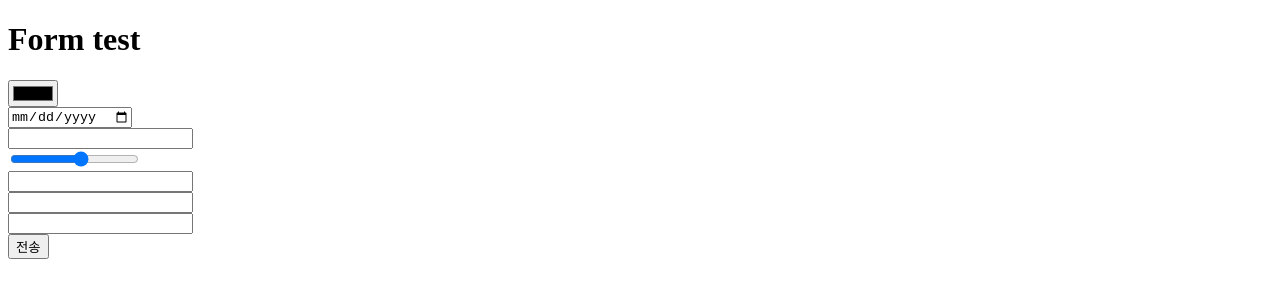
Repository: hyungju2/SSAFY_JavaPractice
Page: 20190211_HTML/web_java/HTMLProject/WebContent/html/Formtest2.html
The author's editor kept a copy of each file at every save. The page is drawn from the files as they stood at one save, then again after the next save.
The browser window is 1280 px wide. The pictures show the whole page.

Above is the page before, as saved 2019-02-11 06:25:51.

After the next save:
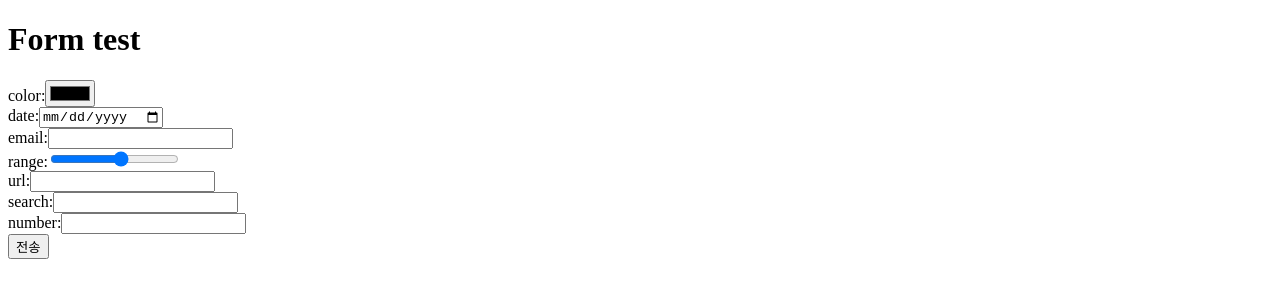
Saved 2 min 1 s later.
--- a/20190211_HTML/web_java/HTMLProject/WebContent/html/Formtest2.html
+++ b/20190211_HTML/web_java/HTMLProject/WebContent/html/Formtest2.html
@@ -7,13 +7,13 @@
 <body>
 <h1>Form test</h1>
 <form method = "post" action="welcome.jsp">
-	<input type="color"><br>
-	<input type="date"><br>
-	<input type="email"><br>
-	<input type="range" min="1" max="10" step="1"><br>
-	<input type="url"><br>
-	<input type="search"><br>
-	<input type="number"><br>
+	color:<input type="color"><br>
+	date:<input type="date"><br>
+	email:<input type="email"><br>
+	range:<input type="range" min="1" max="10" step="1"><br>
+	url:<input type="url"><br>
+	search:<input type="search"><br>
+	number:<input type="number"><br>
 	<input type="submit" value="전송">
 
 
